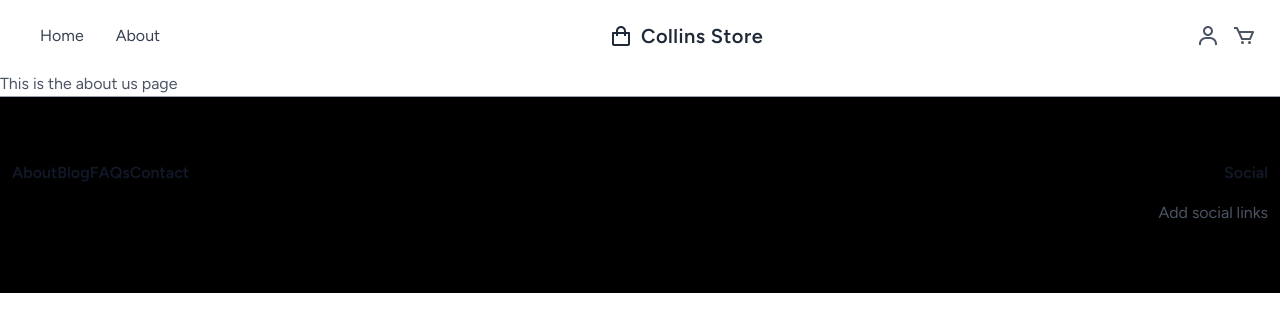
Repository: Collins145/e-commerce-website
Page: http://localhost/about
The author's editor kept a copy of each file at every save. The page is drawn from the files as they stood at one save, then again after the next save.
The browser window is 1280 px wide. The pictures show the whole page.
The page is served by the project's Laravel application, run on PHP 8.4 with Laravel 10. Other server files are loaded and not shown. Style sheets and scripts are compiled from the project's sources, by tool versions that may differ from the author's.

Above is the page before, as saved 2023-06-17 14:02:59.

### routes/web.php
<?php

use App\Http\Controllers\ProfileController;
use Illuminate\Support\Facades\Route;
use App\Http\Controllers\SiteController;

/*
|--------------------------------------------------------------------------
| Web Routes
|--------------------------------------------------------------------------
|
| Here is where you can register web routes for your application. These
| routes are loaded by the RouteServiceProvider and all of them will
| be assigned to the "web" middleware group. Make something great!
|
*/

Route::get('/', [SiteController::class, 'index'])->name('home');
Route::get('about', [SiteController::class, 'about'])->name('about');
Route::get('footer', [SiteController::class, 'footer'])->name('footer');

Route::get('/dashboard', function () {
    return view('dashboard');
})->middleware(['auth', 'verified'])->name('dashboard');

Route::middleware('auth')->group(function () {
    Route::get('/profile', [ProfileController::class, 'edit'])->name('profile.edit');
    Route::patch('/profile', [ProfileController::class, 'update'])->name('profile.update');
    Route::delete('/profile', [ProfileController::class, 'destroy'])->name('profile.destroy');
});

require __DIR__.'/auth.php';

### app/Http/Controllers/SiteController.php
<?php

namespace App\Http\Controllers;

use Illuminate\Http\Request;

class SiteController extends Controller
{
    public function index() {
        return view('site.home');
    }

    public function about() {
        return view('site.about');
    }
    public function footer() {
        return view('site.footer');
    }
}

### resources/views/site/about.blade.php
@extends('layouts.site')
@section('content')
This is the about us page
@endsection

### resources/views/layouts/site.blade.php
<!DOCTYPE html>
<html lang="{{ str_replace('_', '-', app()->getLocale()) }}">
    <head>
        <meta charset="utf-8">
        <meta name="viewport" content="width=device-width, initial-scale=1">
        <meta name="csrf-token" content="{{ csrf_token() }}">

        <title>{{ config('app.name', 'Laravel') }}</title>

        <!-- Fonts -->
        <link rel="preconnect" href="https://fonts.bunny.net">
        <link href="https://fonts.bunny.net/css?family=figtree:400,500,600&display=swap" rel="stylesheet" />

        <!-- Scripts -->
        @vite(['resources/css/app.css', 'resources/js/app.js'])
    </head>
    <body class="bg-white text-gray-600 font-sans leading-normal text-base tracking-normal">
        <x-site.header/>
        @yield('content')
        <x-site.footer/>
    </body>
</html>

### resources/views/components/site/header.blade.php
    <nav id="header" class="w-full z-30 top-0 py-1">
        <div class="w-full container mx-auto flex flex-wrap items-center justify-between mt-0 px-6 py-3">

            <label for="menu-toggle" class="cursor-pointer md:hidden block">
                <svg class="fill-current text-gray-900" xmlns="http://www.w3.org/2000/svg" width="20" height="20" viewBox="0 0 20 20">
                    <title>menu</title>
                    <path d="M0 3h20v2H0V3zm0 6h20v2H0V9zm0 6h20v2H0v-2z"></path>
                </svg>
            </label>
            <input class="hidden" type="checkbox" id="menu-toggle" />

            <div class="hidden md:flex md:items-center md:w-auto w-full order-3 md:order-1" id="menu">
                <nav>
                    <ul class="md:flex items-center justify-between text-base text-gray-700 pt-4 md:pt-0">
                        <li><a class="inline-block no-underline hover:text-black hover:underline py-2 px-4" href="{{route('home')}}">Home</a></li>
                        <li><a class="inline-block no-underline hover:text-black hover:underline py-2 px-4" href="{{route('about')}}">About</a></li>
                    </ul>
                </nav>
            </div>

            <div class="order-1 md:order-2">
                <a class="flex items-center tracking-wide no-underline hover:no-underline font-bold text-gray-800 text-xl " href="{{route('home')}}">
                    <svg class="fill-current text-gray-800 mr-2" xmlns="http://www.w3.org/2000/svg" width="24" height="24" viewBox="0 0 24 24">
                        <path d="M5,22h14c1.103,0,2-0.897,2-2V9c0-0.553-0.447-1-1-1h-3V7c0-2.757-2.243-5-5-5S7,4.243,7,7v1H4C3.447,8,3,8.447,3,9v11 C3,21.103,3.897,22,5,22z M9,7c0-1.654,1.346-3,3-3s3,1.346,3,3v1H9V7z M5,10h2v2h2v-2h6v2h2v-2h2l0.002,10H5V10z" />
                    </svg>
                    Collins Store
                </a>
            </div>

            <div class="order-2 md:order-3 flex items-center" id="nav-content">

                <a class="inline-block no-underline hover:text-black" href="#">
                    <svg class="fill-current hover:text-black" xmlns="http://www.w3.org/2000/svg" width="24" height="24" viewBox="0 0 24 24">
                        <circle fill="none" cx="12" cy="7" r="3" />
                        <path d="M12 2C9.243 2 7 4.243 7 7s2.243 5 5 5 5-2.243 5-5S14.757 2 12 2zM12 10c-1.654 0-3-1.346-3-3s1.346-3 3-3 3 1.346 3 3S13.654 10 12 10zM21 21v-1c0-3.859-3.141-7-7-7h-4c-3.86 0-7 3.141-7 7v1h2v-1c0-2.757 2.243-5 5-5h4c2.757 0 5 2.243 5 5v1H21z" />
                    </svg>
                </a>

                <a class="pl-3 inline-block no-underline hover:text-black" href="#">
                    <svg class="fill-current hover:text-black" xmlns="http://www.w3.org/2000/svg" width="24" height="24" viewBox="0 0 24 24">
                        <path d="M21,7H7.462L5.91,3.586C5.748,3.229,5.392,3,5,3H2v2h2.356L9.09,15.414C9.252,15.771,9.608,16,10,16h8 c0.4,0,0.762-0.238,0.919-0.606l3-7c0.133-0.309,0.101-0.663-0.084-0.944C21.649,7.169,21.336,7,21,7z M17.341,14h-6.697L8.371,9 h11.112L17.341,14z" />
                        <circle cx="10.5" cy="18.5" r="1.5" />
                        <circle cx="17.5" cy="18.5" r="1.5" />
                    </svg>
                </a>

            </div>
        </div>
    </nav>

### resources/views/components/site/footer.blade.php
    <footer class="container mx-auto bg-black py-8 border-t border-gray-400">
        <div class="container flex px-3 py-8 ">
            <div class="w-full mx-auto flex flex-wrap">
                <div class="flex w-full lg:w-1/2 ">
                    <div class="flex px-3 md:px-0">
                        <h3 class="font-bold text-gray-900">About</h3>
                        <h3 class="font-bold text-gray-900">Blog</h3>
                        <h3 class="font-bold text-gray-900">FAQs</h3>
                        <h3 class="font-bold text-gray-900">Contact</h3>
                    </div>
                </div>
                <div class="flex w-full lg:w-1/2 lg:justify-end lg:text-right">
                    <div class="px-3 md:px-0">
                        <h3 class="font-bold text-gray-900">Social</h3>
                        <ul class="list-reset items-center pt-3">
                            <li>
                                <a class="inline-block no-underline hover:text-black hover:underline py-1" href="#">Add social links</a>
                            </li>
                        </ul>
                    </div>
                </div>
            </div>
        </div>
    </footer>

Loaded but not shown: routes/auth.php (common file); app/Http/Controllers/Auth/EmailVerificationPromptController.php (common file); app/Http/Controllers/Controller.php (common file); app/Http/Controllers/Auth/VerifyEmailController.php (common file); resources/css/app.css (common file); tailwind.config.js (common file); resources/js/app.js (common file); resources/js/bootstrap.js (common file)

After the next save:
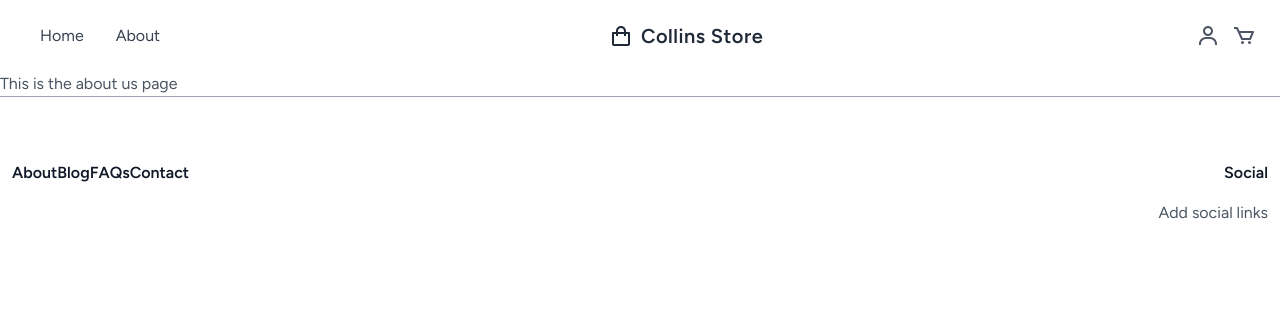
Saved 4 min 39 s later.
--- a/resources/views/components/site/footer.blade.php
+++ b/resources/views/components/site/footer.blade.php
@@ -1,4 +1,4 @@
-    <footer class="container mx-auto bg-black py-8 border-t border-gray-400">
+    <footer class="container mx-auto bg-lt-color-gray-600 py-8 border-t border-gray-400">
         <div class="container flex px-3 py-8 ">
             <div class="w-full mx-auto flex flex-wrap">
                 <div class="flex w-full lg:w-1/2 ">
